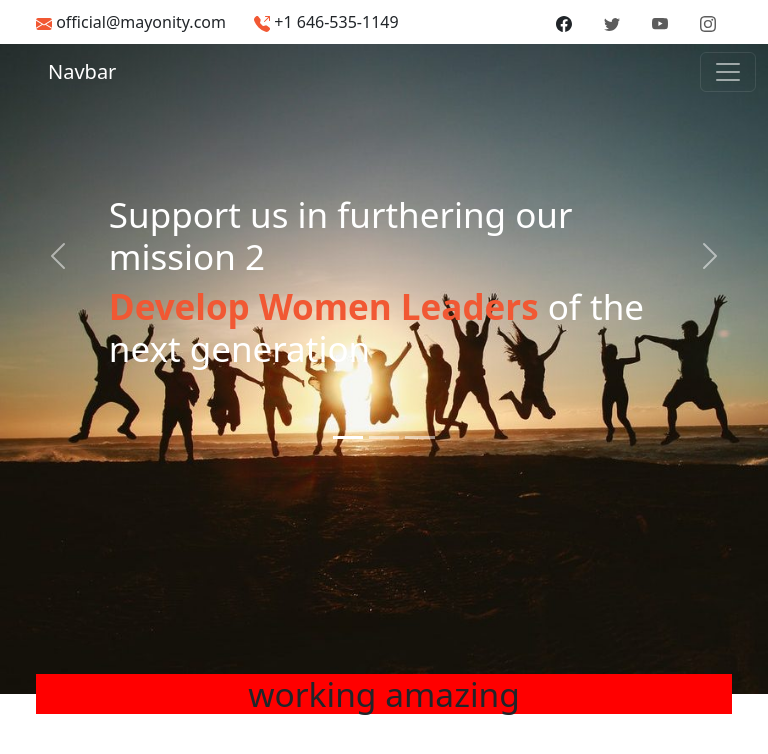
Repository: rizwan-zafar/wings
Page: /
These files come from the project's save history. The page is drawn as it stood at one moment and after the next save; the edit follows.
The browser window is 768 px wide. The pictures show the whole page.
The project was rebuilt for these pictures with package versions that can differ from the ones it lists, and the page was loaded fresh each time.

Above is the page before, as saved 2022-11-27 17:07:48.

### public/index.html
<!DOCTYPE html>
<html lang="en">
  <head>
    <meta charset="utf-8" />
    <link rel="icon" href="%PUBLIC_URL%/favicon.ico" />
    <meta name="viewport" content="width=device-width, initial-scale=1" />
    <meta name="theme-color" content="#000000" />
    <meta
      name="description"
      content="Web site created using create-react-app"
    />
    <link rel="apple-touch-icon" href="%PUBLIC_URL%/logo192.png" />
    <!--
      manifest.json provides metadata used when your web app is installed on a
      user's mobile device or desktop. See https://developers.google.com/web/fundamentals/web-app-manifest/
    -->
    <link rel="manifest" href="%PUBLIC_URL%/manifest.json" />
    <!--
      Notice the use of %PUBLIC_URL% in the tags above.
      It will be replaced with the URL of the `public` folder during the build.
      Only files inside the `public` folder can be referenced from the HTML.

      Unlike "/favicon.ico" or "favicon.ico", "%PUBLIC_URL%/favicon.ico" will
      work correctly both with client-side routing and a non-root public URL.
      Learn how to configure a non-root public URL by running `npm run build`.
    -->
    <title>Wings</title>
  </head>
  <body>
    <noscript>You need to enable JavaScript to run this app.</noscript>
    <div id="root"></div>
    <!--
      This HTML file is a template.
      If you open it directly in the browser, you will see an empty page.

      You can add webfonts, meta tags, or analytics to this file.
      The build step will place the bundled scripts into the <body> tag.

      To begin the development, run `npm start` or `yarn start`.
      To create a production bundle, use `npm run build` or `yarn build`.
    -->
  </body>
</html>

### src/index.js
import React from 'react';
import ReactDOM from 'react-dom/client';
import './index.css';
import App from './App';
import "../node_modules/bootstrap/dist/css/bootstrap.min.css"
import "../node_modules/bootstrap/dist/js/bootstrap.min.js"

const root = ReactDOM.createRoot(document.getElementById('root'));
root.render(
     <App />
 );

// If you want to start measuring performance in your app, pass a function
// to log results (for example: reportWebVitals(console.log))
// or send to an analytics endpoint. Learn more: https://bit.ly/CRA-vitals

### src/index.css
html {
  margin: 0;
  padding: 0;
  font-family: -apple-system, BlinkMacSystemFont, 'Segoe UI', 'Roboto', 'Oxygen',
    'Ubuntu', 'Cantarell', 'Fira Sans', 'Droid Sans', 'Helvetica Neue',
    sans-serif;
  -webkit-font-smoothing: antialiased;
  -moz-osx-font-smoothing: grayscale;
}
.icons{
  color:#f15833 ;
}
.social-icons{
  color:#000000a3
}

### src/App.js
import Home from "./Pages/Home"
function App() {
  return (

    <>
      <Home />
    </>

  );
}

export default App;

### src/Pages/Home.js
import React from 'react'
import TopNavbar from "../Components/Topnavbar"
// import Navbar from "../Components/Navbar"
import Slider from "../Components/Slider"
export default function Home() {
    return (
        <div>
            <TopNavbar />
            {/* <Navbar /> */}
            <Slider />
        </div>
    )
}

### src/Components/Topnavbar.js
import React from 'react'
import "../Css/Topnav.css"
import { EnvelopeFill, TelephoneOutboundFill, Twitter, Youtube, Instagram, Facebook } from "react-bootstrap-icons"
export default function Topnavbar() {
    return (
        <div className="top-bar container d-flex justify-content-between">
            <div>
                <span> <EnvelopeFill className="icons" /> official@mayonity.com</span>
                <span className="set-padding p-4"> <TelephoneOutboundFill className="icons ml-3" /> +1 646-535-1149</span>
            </div>
            <div>
                <span className="p-3 social-icons-"><Facebook /></span>
                <span className="p-3 social-icons"><Twitter /></span>
                <span className="p-3 social-icons"><Youtube /></span>
                <span className="p-3 social-icons"><Instagram /></span>
            </div>
        </div>
    )
}

### src/Components/Slider.js
import React from 'react'
import "../Css/Slider.css"
import Navbar from "../Components/Navbar"
export default function Slider() {
    return (
        <>
            <div className="set-slider">
                <Navbar />
                <div id="carouselExampleCaptions" className=" carousel slide" data-bs-ride="false">
                    <div className="carousel-indicators">
                        <button type="button" data-bs-target="#carouselExampleCaptions" data-bs-slide-to="0" className="active" aria-current="true" aria-label="Slide 1"></button>
                        <button type="button" data-bs-target="#carouselExampleCaptions" data-bs-slide-to="1" aria-label="Slide 2"></button>
                        <button type="button" data-bs-target="#carouselExampleCaptions" data-bs-slide-to="2" aria-label="Slide 3"></button>
                    </div>
                    <div className="carousel-inner container">
                        <div className="carousel-item active">
                            <div>
                                <h1>Support us in furthering our mission 2</h1>
                                <h1><strong>Develop Women Leaders</strong> of the next generation</h1>
                            </div>
                        </div>
                        <div className="carousel-item">
                            <div>
                                <h1>Support us in furthering our mission 3</h1>
                                <h1><strong>Develop Women Leaders</strong> of the next generation</h1>
                            </div>
                        </div>
                        <div className="carousel-item">
                            <div>
                                <h1>Support us in furthering our mission</h1>
                                <h1><strong>Develop Women Leaders</strong> of the next generation</h1>
                            </div>
                        </div>

                    </div>
                    <div className="sliders-btn">
                        <button className="carousel-control-prev" type="button" data-bs-target="#carouselExampleCaptions" data-bs-slide="prev">
                            <span className="carousel-control-prev-icon" aria-hidden="true"></span>
                            <span className="visually-hidden">Previous</span>
                        </button>
                        <button className="carousel-control-next" type="button" data-bs-target="#carouselExampleCaptions" data-bs-slide="next">
                            <span className="carousel-control-next-icon" aria-hidden="true"></span>
                            <span className="visually-hidden">Next</span>
                        </button>
                    </div>
                </div>
            </div>

            <div className="container text-center slider-footer">
                <div className="container">
                    <h1>working amazing</h1>
                </div>
            </div>
        </>
    )
}

### src/Css/Topnav.css
.top-bar{
background-color: #fff;
padding: 10px;
}
.nav-container .navbar
{
    position: fixed;
    width: -webkit-fill-available;
    z-index: 3;
}
.nav-container .btn
{
    background: #f15833;
    border-radius: 23px;
    color: white;
    padding: 11px;
    font-weight: 500;
}
 .nav-container nav ul li a
{
    color:  white;
}

### src/Css/Slider.css
.set-slider {
    background-image: url("/public/Images/header.jpg");
    background-size: cover;
    background-repeat: no-repeat;
    height: 650px;
}

.set-slider .carousel-indicators {
    top: 90%
}

.set-slider .carousel-inner {
   width: 80%;
}

.set-slider .carousel-inner .carousel-item>div {

    padding: 50px;
    padding-top: 250px;
}

.set-slider .carousel-inner h1 {

    font-weight: 400;
    color:#fff;
}

.set-slider .carousel-inner h1 strong {
    color: #f15833
}
.set-slider .sliders-btn {
    padding-top:250px;
}

.slider-footer>div {
    background: red;
    max-width: 1025px;
    margin-top: -20px;
}

@media (max-width: 1400px) {
    .nav-container .navbar-expanding {
        flex-wrap: nowrap !important;
        justify-content: flex-start !important;
        background-color: red;
    }
}

@media (max-width: 991px) {

    .set-slider .carousel-item h1 {
        font-size: 35px;
    }
    .set-slider .carousel-inner .carousel-item>div {
        padding: 20px;
        padding-top: 150px;
    }
    .set-slider .sliders-btn {
        padding-top:70px;
    }
}

@media (max-width: 450px) {
    .set-slider {
        height: 450px;
    }

    .set-slider .carousel-inner {
        margin-top: 16px;
    }

    .set-slider .carousel-item h1 {
        font-size: 25px;
    }
}

### src/Components/Navbar.js
import React from 'react'

export default function Navbar() {
  return (
    <div className="nav-container container">
      <nav className="navbar navbar-expand-lg navbar-dark">
        <div className="container-fluid">
          <a className="navbar-brand" href="/">Navbar</a>
          <button className="navbar-toggler" type="button" data-bs-toggle="collapse" data-bs-target="#navbarNav" aria-controls="navbarNav" aria-expanded="false" aria-label="Toggle navigation">
            <span className="navbar-toggler-icon"></span>
          </button>
          <div className="collapse navbar-collapse" id="navbarNav">
            <ul className="navbar-nav ms-auto">
              <li className="nav-item">
                <a className="nav-link active" aria-current="page" href="/">Home</a>
              </li>
              <li className="nav-item">
                <a className="nav-link" href="/">About Us</a>
              </li>
              <li className="nav-item">
                <a className="nav-link" href="/">Signature Program</a>
              </li>
              <li className="nav-item">
                <a className="nav-link" href="/">Learning</a>
              </li>
              <li className="nav-item">
                <a className="nav-link" href="/">#101WomenOnDesk</a>
              </li>
              <li className="nav-item">
                <a className="nav-link" href="/">Corporate Clients</a>
              </li>
              <li className="nav-item">
                <a className="nav-link" href="/">Get Involved</a>
              </li>
              <li className="nav-item">
                <a className="nav-link" href="/">Get Involved</a>
              </li>
              <li className="nav-item">
                <a className="nav-link" href="/">Testimonial</a>
              </li>
              <li className="nav-item">
                <a className="nav-link btn " href="/">Donate Now</a>
              </li>

            </ul>
          </div>
        </div>
      </nav>
    </div>
  )
}

After the next save:
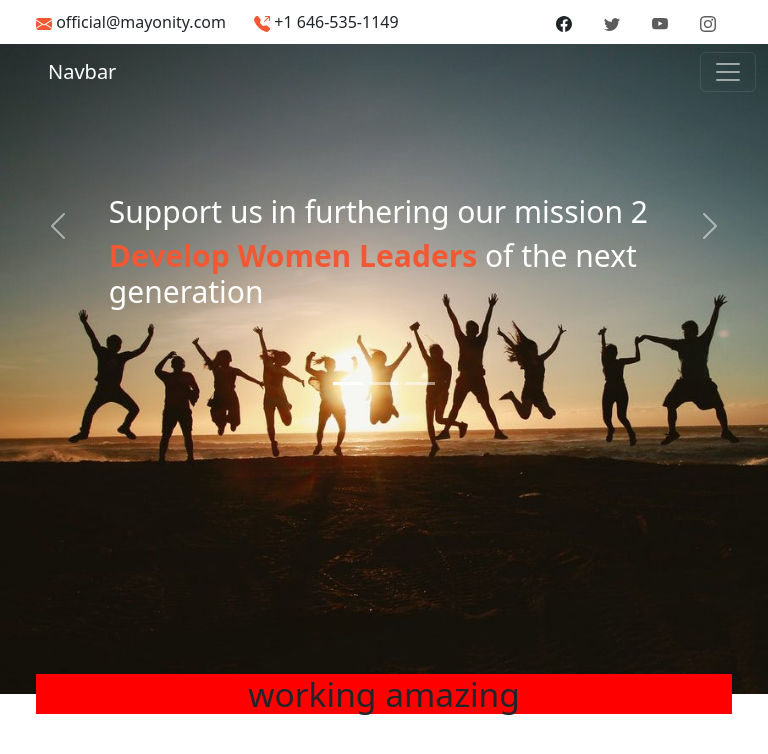
Saved 34 s later.
--- a/src/Css/Slider.css
+++ b/src/Css/Slider.css
@@ -49,7 +49,7 @@
 @media (max-width: 991px) {
 
     .set-slider .carousel-item h1 {
-        font-size: 35px;
+        font-size: 30px;
     }
     .set-slider .carousel-inner .carousel-item>div {
         padding: 20px;

After the 4 saves that followed:
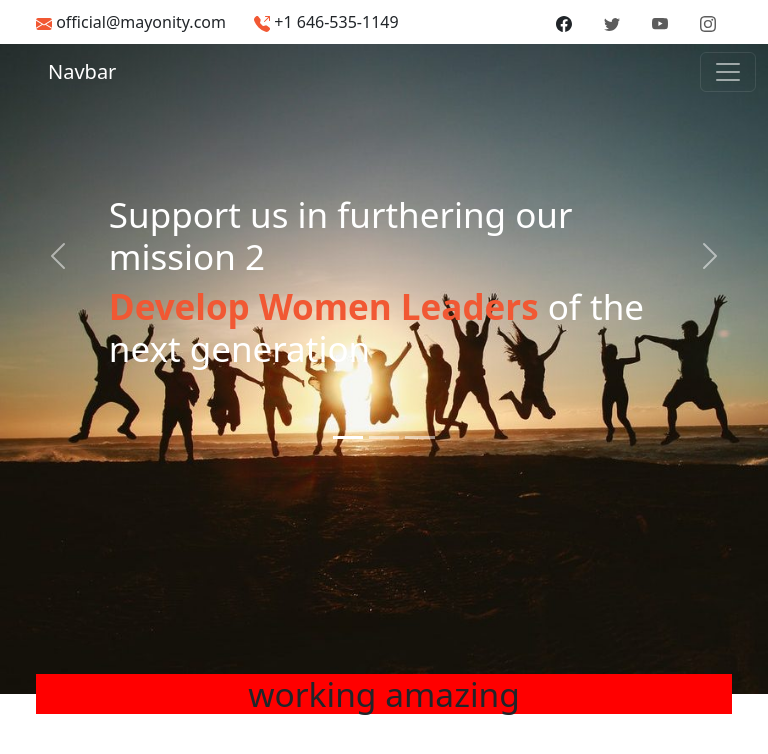
The 4 saves are shown as one change because they came seconds apart.
The last was saved 22 s later.
--- a/src/Css/Slider.css
+++ b/src/Css/Slider.css
@@ -49,7 +49,7 @@
 @media (max-width: 991px) {
 
     .set-slider .carousel-item h1 {
-        font-size: 30px;
+        font-size: 35px;
     }
     .set-slider .carousel-inner .carousel-item>div {
         padding: 20px;
